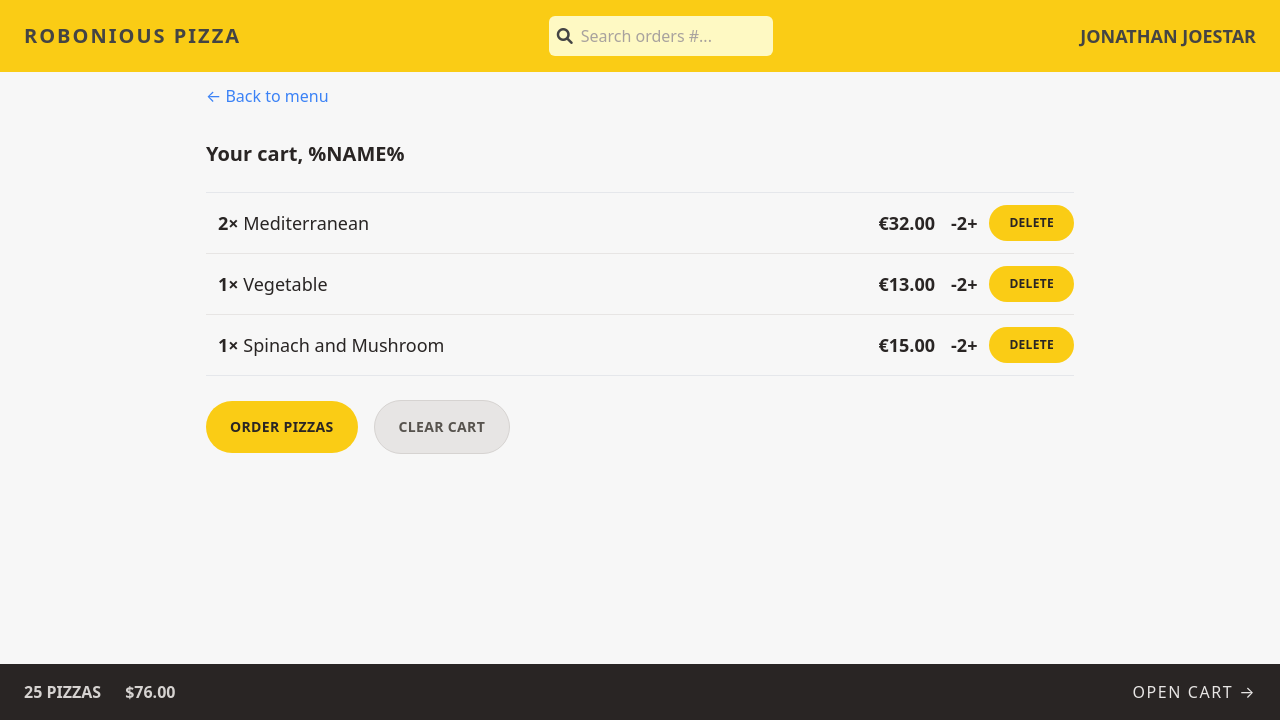
Repository: Alexro04/fast-food
Page: /cart (app in fast-food/)
The author's editor kept a copy of each file at every save. The page is drawn from the files as they stood at one save, then again after the next save.
The browser window is 1280 px wide. The pictures show the whole page.
The project was rebuilt for these pictures with package versions that can differ from the ones it lists, and the page was loaded fresh each time. Also part of the build but not shown: fast-food/vite.config.js, fast-food/src/features/user/CreateUser.jsx, fast-food/src/ui/Home.jsx, fast-food/src/ui/Loading.jsx, fast-food/src/utils/apiRestaurant.js, fast-food/src/features/order/OrderItem.jsx, fast-food/src/features/order/Order.jsx, fast-food/src/features/menu/MenuItem.jsx and 3 more.

Above is the page before, as saved 2025-03-14 07:14:44.

After the next save:
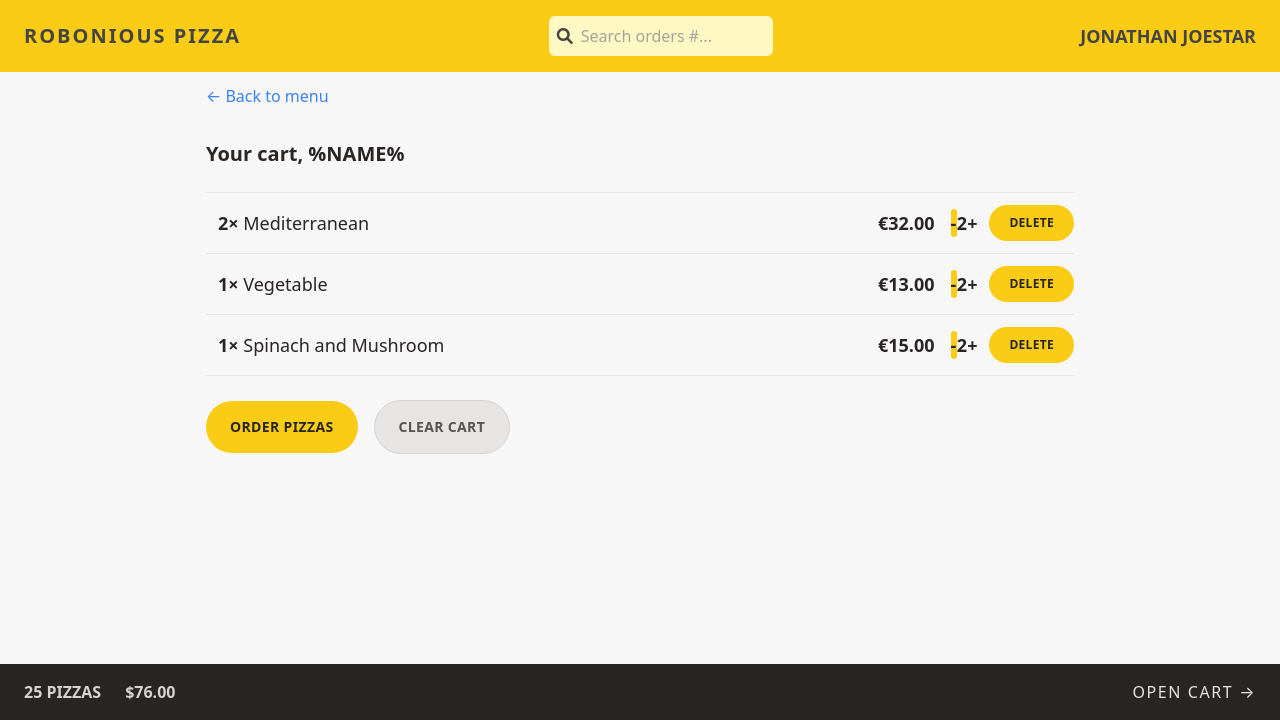
Saved 44 s later.
--- a/fast-food/src/ui/Button.jsx
+++ b/fast-food/src/ui/Button.jsx
@@ -17,6 +17,7 @@ function Button({ children, disabled, type, to }) {
     primary: base_primary + "px-4 py-3 text-sm md:px-6 md:py-4",
     secondary: base_secondary + "px-4 py-3 text-sm md:px-6 md:py-4",
     small: base_primary + "px-4 py-2 text-xs md:px-5 md:py-2.5",
+    circle: base_primary + "",
   };
 
   if (to)
